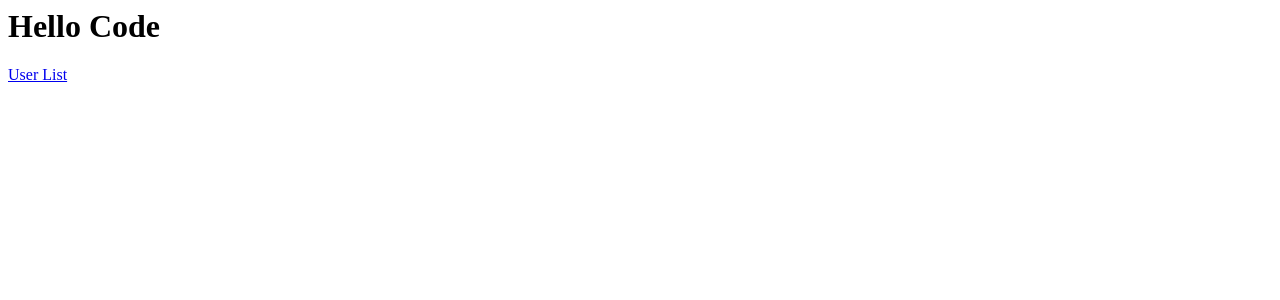
Repository: HuuNghi/nodeTokyo
Page: http://localhost/
An editor plug-in stored every save of this project. The page is shown before and after the next save, followed by the edit.
The browser window is 1280 px wide. The pictures show the whole page.
The page is served by the project's Node server (index.js).

Above is the page before, as saved 2020-04-05 22:31:42.

After the next save:
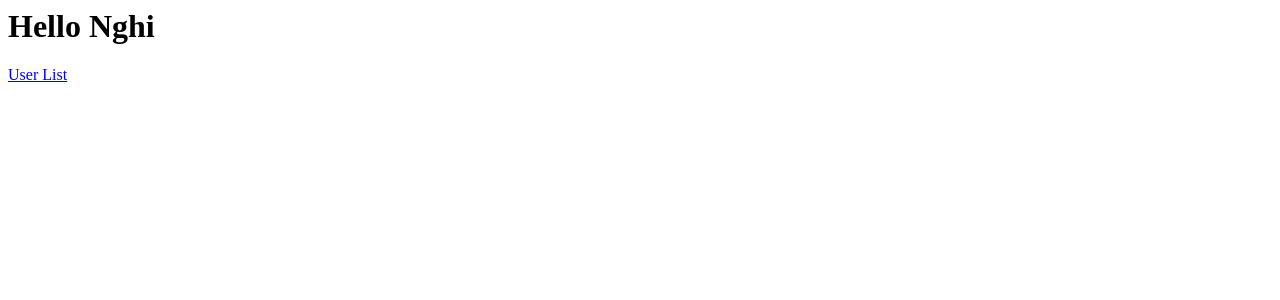
Saved 9 s later.
--- a/views/index.pug
+++ b/views/index.pug
@@ -1,2 +1,2 @@
-h1 Hello Code
+h1 Hello #{name}
 a(href="/users") User List
